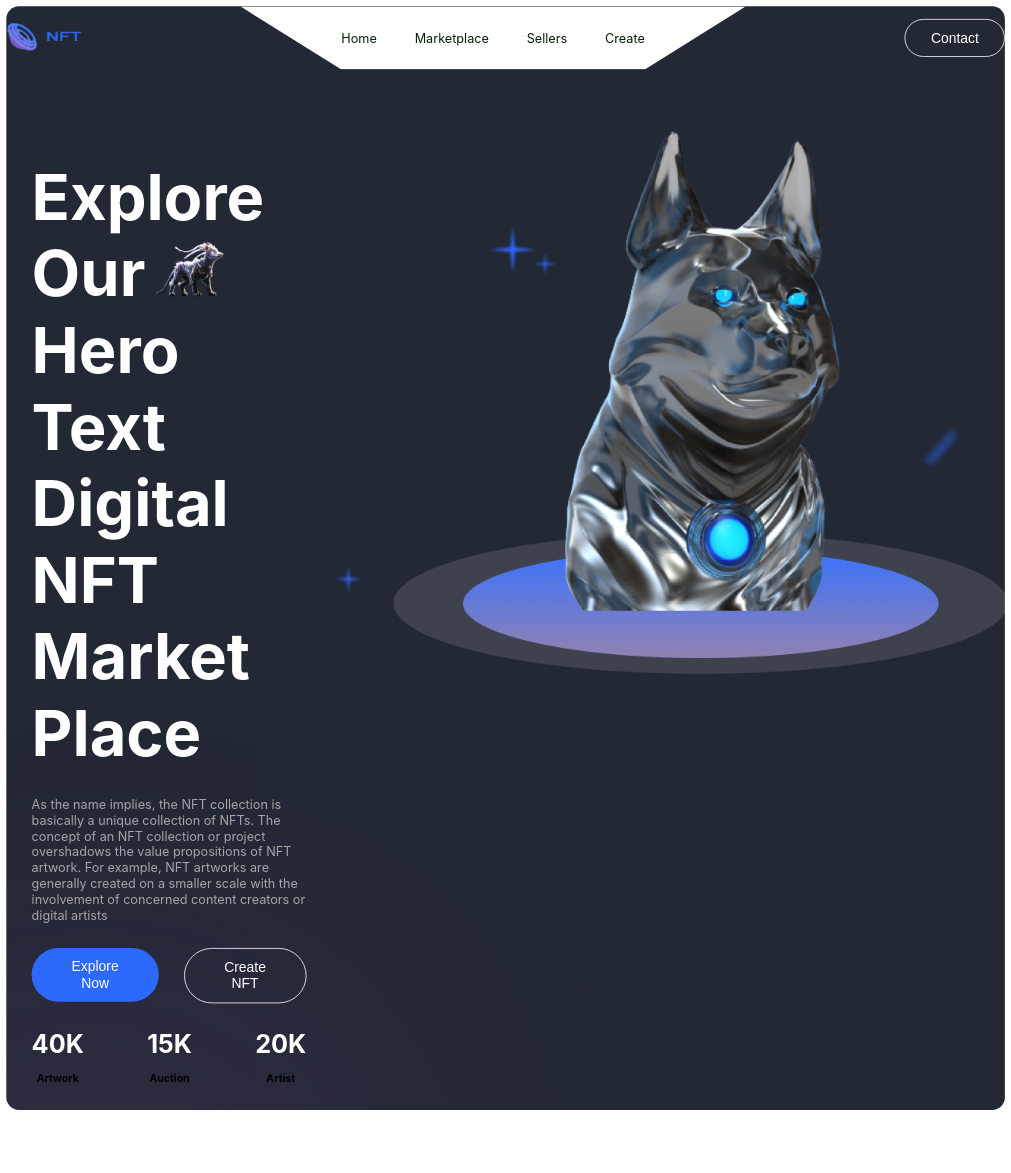
Repository: Ellisvelandia/NFT
Page: /
An editor plug-in stored every save of this project. The page is shown before and after the next save, followed by the edit.
The browser window is 1280 px wide. The pictures show the whole page, at 79% of full size.
The project was rebuilt for these pictures with package versions that can differ from the ones it lists, and the page was loaded fresh each time.

Above is the page before, as saved 2022-08-21 15:38:55.

After the next save:
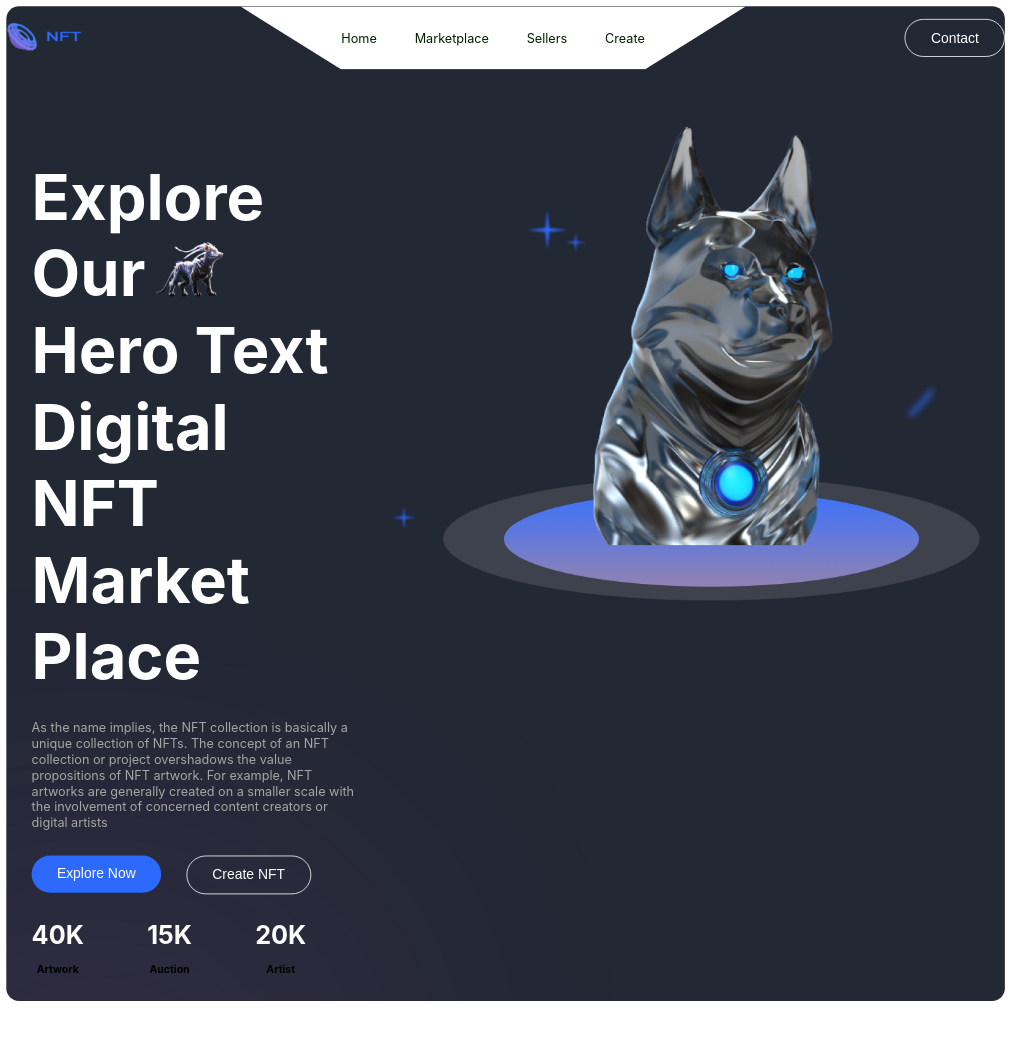
Saved 5 s later.
--- a/src/components/Home.jsx
+++ b/src/components/Home.jsx
@@ -114,7 +114,7 @@
     }
   .image {
     img {
-      height :;
+      height :40rem;
     }
   }
   }
